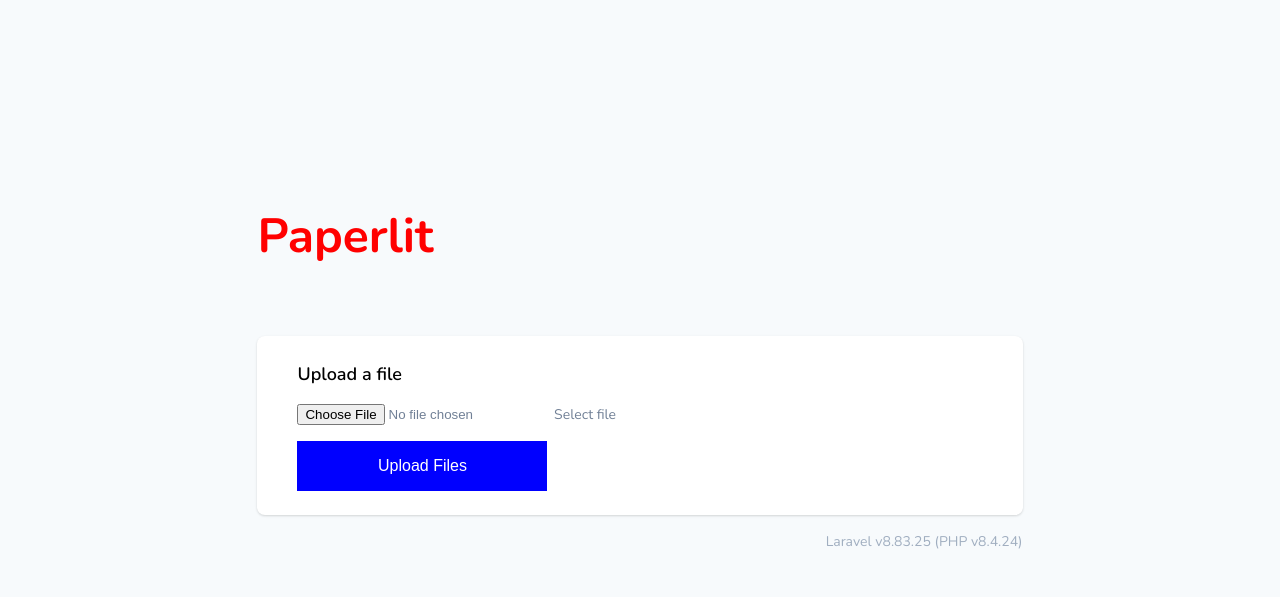
Repository: mirkopeloso/paperlit
Page: http://localhost/
The author's editor kept a copy of each file at every save. The page is drawn from the files as they stood at one save, then again after the next save.
The browser window is 1280 px wide. The pictures show the whole page.
The page is served by the project's Laravel application, run on PHP 8.4 with Laravel 8. Other server files are loaded and not shown.

Above is the page before, as saved 2021-02-10 20:02:55.

### routes/web.php
<?php

use Illuminate\Support\Facades\Route;
use App\Http\Controllers\Controller;

/*
|--------------------------------------------------------------------------
| Web Routes
|--------------------------------------------------------------------------
|
| Here is where you can register web routes for your application. These
| routes are loaded by the RouteServiceProvider within a group which
| contains the "web" middleware group. Now create something great!
|
*/

Route::get('/', function () {
    return view('welcome');
});



Route::post('/upload-file', [Controller::class, 'fileUpload'])->name('fileUpload');

### resources/views/welcome.blade.php
<!DOCTYPE html>
<html lang="{{ str_replace('_', '-', app()->getLocale()) }}">
    <head>
        <meta charset="utf-8">
        <meta name="viewport" content="width=device-width, initial-scale=1">

        <title>Paperlit</title>

        <!-- Fonts -->
        <link href="https://fonts.googleapis.com/css2?family=Nunito:wght@400;600;700&display=swap" rel="stylesheet">

        <!-- Styles -->
        <style>
            /*! normalize.css v8.0.1 | MIT License | github.com/necolas/normalize.css */html{line-height:1.15;-webkit-text-size-adjust:100%}body{margin:0}a{background-color:transparent}[hidden]{display:none}html{font-family:system-ui,-apple-system,BlinkMacSystemFont,Segoe UI,Roboto,Helvetica Neue,Arial,Noto Sans,sans-serif,Apple Color Emoji,Segoe UI Emoji,Segoe UI Symbol,Noto Color Emoji;line-height:1.5}*,:after,:before{box-sizing:border-box;border:0 solid #e2e8f0}a{color:inherit;text-decoration:inherit}svg,video{display:block;vertical-align:middle}video{max-width:100%;height:auto}.bg-white{--bg-opacity:1;background-color:#fff;background-color:rgba(255,255,255,var(--bg-opacity))}.bg-gray-100{--bg-opacity:1;background-color:#f7fafc;background-color:rgba(247,250,252,var(--bg-opacity))}.border-gray-200{--border-opacity:1;border-color:#edf2f7;border-color:rgba(237,242,247,var(--border-opacity))}.border-t{border-top-width:1px}.flex{display:flex}.grid{display:grid}.hidden{display:none}.items-center{align-items:center}.justify-center{justify-content:center}.font-semibold{font-weight:600}.h-5{height:1.25rem}.h-8{height:2rem}.h-16{height:4rem}.text-sm{font-size:.875rem}.text-lg{font-size:1.125rem}.leading-7{line-height:1.75rem}.mx-auto{margin-left:auto;margin-right:auto}.ml-1{margin-left:.25rem}.mt-2{margin-top:.5rem}.mr-2{margin-right:.5rem}.ml-2{margin-left:.5rem}.mt-4{margin-top:1rem}.ml-4{margin-left:1rem}.mt-8{margin-top:2rem}.ml-12{margin-left:3rem}.-mt-px{margin-top:-1px}.max-w-6xl{max-width:72rem}.min-h-screen{min-height:100vh}.overflow-hidden{overflow:hidden}.p-6{padding:1.5rem}.py-4{padding-top:1rem;padding-bottom:1rem}.px-6{padding-left:1.5rem;padding-right:1.5rem}.pt-8{padding-top:2rem}.fixed{position:fixed}.relative{position:relative}.top-0{top:0}.right-0{right:0}.shadow{box-shadow:0 1px 3px 0 rgba(0,0,0,.1),0 1px 2px 0 rgba(0,0,0,.06)}.text-center{text-align:center}.text-gray-200{--text-opacity:1;color:#edf2f7;color:rgba(237,242,247,var(--text-opacity))}.text-gray-300{--text-opacity:1;color:#e2e8f0;color:rgba(226,232,240,var(--text-opacity))}.text-gray-400{--text-opacity:1;color:#cbd5e0;color:rgba(203,213,224,var(--text-opacity))}.text-gray-500{--text-opacity:1;color:#a0aec0;color:rgba(160,174,192,var(--text-opacity))}.text-gray-600{--text-opacity:1;color:#718096;color:rgba(113,128,150,var(--text-opacity))}.text-gray-700{--text-opacity:1;color:#4a5568;color:rgba(74,85,104,var(--text-opacity))}.text-gray-900{--text-opacity:1;color:#1a202c;color:rgba(26,32,44,var(--text-opacity))}.underline{text-decoration:underline}.antialiased{-webkit-font-smoothing:antialiased;-moz-osx-font-smoothing:grayscale}.w-5{width:1.25rem}.w-8{width:2rem}.w-auto{width:auto}.grid-cols-1{grid-template-columns:repeat(1,minmax(0,1fr))}@media (min-width:640px){.sm\:rounded-lg{border-radius:.5rem}.sm\:block{display:block}.sm\:items-center{align-items:center}.sm\:justify-start{justify-content:flex-start}.sm\:justify-between{justify-content:space-between}.sm\:h-20{height:5rem}.sm\:ml-0{margin-left:0}.sm\:px-6{padding-left:1.5rem;padding-right:1.5rem}.sm\:pt-0{padding-top:0}.sm\:text-left{text-align:left}.sm\:text-right{text-align:right}}@media (min-width:768px){.md\:border-t-0{border-top-width:0}.md\:border-l{border-left-width:1px}.md\:grid-cols-2{grid-template-columns:repeat(2,minmax(0,1fr))}}@media (min-width:1024px){.lg\:px-8{padding-left:2rem;padding-right:2rem}}@media (prefers-color-scheme:dark){.dark\:bg-gray-800{--bg-opacity:1;background-color:#2d3748;background-color:rgba(45,55,72,var(--bg-opacity))}.dark\:bg-gray-900{--bg-opacity:1;background-color:#1a202c;background-color:rgba(26,32,44,var(--bg-opacity))}.dark\:border-gray-700{--border-opacity:1;border-color:#4a5568;border-color:rgba(74,85,104,var(--border-opacity))}.dark\:text-white{--text-opacity:1;color:#fff;color:rgba(255,255,255,var(--text-opacity))}.dark\:text-gray-400{--text-opacity:1;color:#cbd5e0;color:rgba(203,213,224,var(--text-opacity))}}
        </style>

        <style>
            body {
                font-family: 'Nunito';
            }
            h1{
                color:red;
                font-size:3rem

            }

            button{
                background-color: blue;
                color:white;
                min-width:250px;
                font-size: 1rem;
                padding:1rem;
            }
        </style>
    </head>
    <body class="antialiased">
        <div class="relative flex items-top justify-center min-h-screen bg-gray-100 dark:bg-gray-900 sm:items-center sm:pt-0">
            @if (Route::has('login'))
                <div class="hidden fixed top-0 right-0 px-6 py-4 sm:block">
                    @auth
                        <a href="{{ url('/home') }}" class="text-sm text-gray-700 underline">Home</a>
                    @else
                        <a href="{{ route('login') }}" class="text-sm text-gray-700 underline">Login</a>

                        @if (Route::has('register'))
                            <a href="{{ route('register') }}" class="ml-4 text-sm text-gray-700 underline">Register</a>
                        @endif
                    @endauth
                </div>
            @endif

            <div class="max-w-6xl mx-auto sm:px-6 lg:px-8">
                <div class="flex justify-center pt-8 sm:justify-start sm:pt-0 leading-1">
                    <h1>Paperlit</h1>
                </div>

                <div class="mt-8 bg-white dark:bg-gray-800 overflow-hidden shadow sm:rounded-lg">
                    <div class="grid grid-cols-1 md:grid-cols-2">
                        <div class="p-6">
                            <div class="flex items-center">
                                <div class="ml-4 text-lg leading-7 font-semibold">Upload a file</div>
                            </div>

                            <div class="ml-4">
                                <div class="mt-4 text-gray-600 dark:text-gray-400 text-sm">



                                    <form action="{{route('fileUpload')}}" method="post" enctype="multipart/form-data">
                                          @csrf


                                        @if (count($errors) > 0)
                                          <div class="alert alert-danger">
                                              <ul>
                                                  @foreach ($errors->all() as $error)
                                                    <li>{{ $error }}</li>
                                                  @endforeach
                                              </ul>
                                          </div>
                                        @endif

                                          <div class="custom-file">
                                              <input type="file" name="file" class="custom-file-input" id="chooseFile">
                                              <label class="custom-file-label" for="chooseFile">Select file</label>
                                          </div>

                                          <button type="submit" name="submit" class="btn btn-primary btn-block mt-4">
                                              Upload Files
                                          </button>


                                          @if ($message = Session::get('success'))
                                          <div class="alert alert-success">
                                              <strong>{{ $message }}</strong>
                                          </div>
                                        @endif

                                      </form>

                                </div>
                            </div>
                        </div>
                    </div>
                </div>

                <div class="flex justify-center mt-4 sm:items-center sm:justify-between">
                    <div class="text-center text-sm text-gray-500 sm:text-left">

                    </div>

                    <div class="ml-4 text-center text-sm text-gray-500 sm:text-right sm:ml-0">
                        Laravel v{{ Illuminate\Foundation\Application::VERSION }} (PHP v{{ PHP_VERSION }})
                    </div>
                </div>
            </div>
        </div>
    </body>
</html>

After the next save:
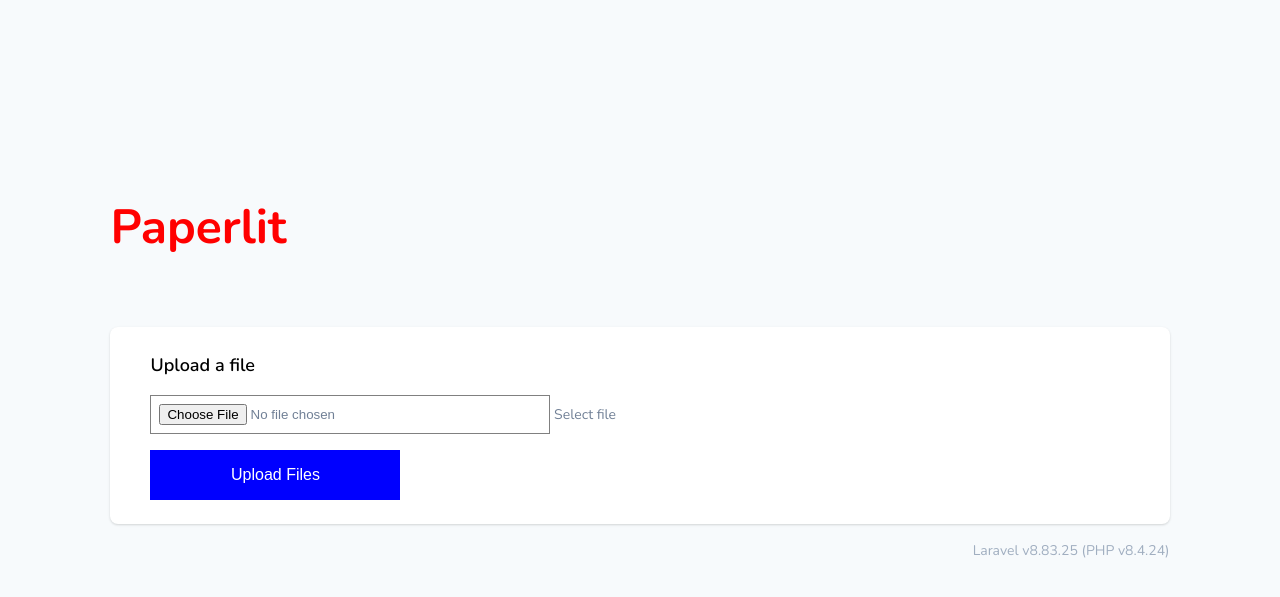
Saved 104 s later.
--- a/resources/views/welcome.blade.php
+++ b/resources/views/welcome.blade.php
@@ -31,6 +31,15 @@
                 font-size: 1rem;
                 padding:1rem;
             }
+
+            input{
+                border: 1px solid grey;
+                min-width: 400px;
+                padding: 0.5rem;
+            }
+
+
+
         </style>
     </head>
     <body class="antialiased">
